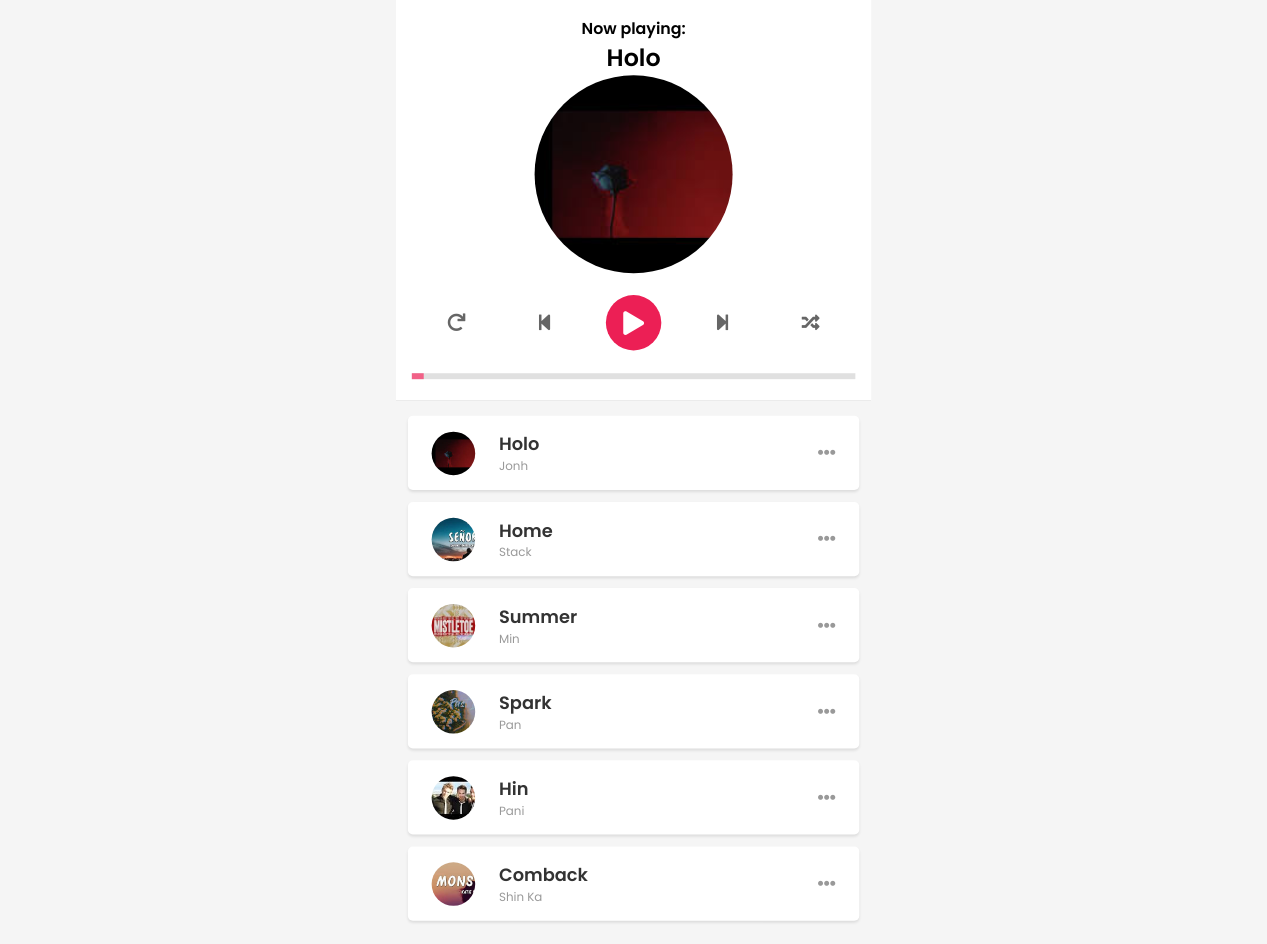
Repository: MinhNhatIT2901/Mp3-clon
Page: index.html
The author's editor kept a copy of each file at every save. The page is drawn from the files as they stood at one save, then again after the next save.
The browser window is 1280 px wide. The pictures show the whole page, at 99% of full size.

Above is the page before, as saved 2022-01-01 23:15:27.

### index.html
<!DOCTYPE html>
<html lang="en">
<head>
    <meta charset="UTF-8">
    <meta http-equiv="X-UA-Compatible" content="IE=edge">
    <meta name="viewport" content="width=device-width, initial-scale=1.0">
    <title>Document</title>
    <link rel="stylesheet" href="./asset/css/app.css">
    <link rel="stylesheet" href="https://cdnjs.cloudflare.com/ajax/libs/font-awesome/5.15.2/css/all.min.css" integrity="sha512-HK5fgLBL+xu6dm/Ii3z4xhlSUyZgTT9tuc/hSrtw6uzJOvgRr2a9jyxxT1ely+B+xFAmJKVSTbpM/CuL7qxO8w==" crossorigin="anonymous" />
    <link rel="preconnect" href="https://fonts.gstatic.com">
    <link href="https://fonts.googleapis.com/css2?family=Poppins:wght@300;400;600&display=swap" rel="stylesheet">
</head>
<body>
    <div class="player">
        <div class="dashboard">
            <div class="header" style="text-align: center">
                <h4>Now playing:</h4>
                <h2 class="header-name">String 57th & 9th</h2>
            </div>

            <div class="cd">
                <div class="cd-thumb" style="background-image: url('https://i.ytimg.com/vi/jTLhQf5KJSc/maxresdefault.jpg')">
                </div>
            </div>

            <div class="control">
                <div class="btn btn-repeat">
                    <i class="fas fa-redo"></i>
                </div>
                <div class="btn btn-prev">
                    <i class="fas fa-step-backward"></i>
                </div>
                <div class="btn btn-toggle-play">
                    <i class="fas fa-pause icon-pause"></i>
                    <i class="fas fa-play icon-play"></i>
                </div>
                <div class="btn btn-next">
                    <i class="fas fa-step-forward"></i>
                </div>
                <div class="btn btn-random">
                    <i class="fas fa-random"></i>
                </div>
            </div>

            <input id="progress" class="progress" type="range" value="0" step="1" min="0" max="100">
            <audio id="audio" src=""></audio>
        </div>

        <div class="playlist">
        </div>
    </div>
</body>
    <script src="./asset/css/app.js"></script>
</html>

### asset/css/app.css
:root {
  --primary-color: #ec1f55;
  --text-color: #333;
}

* {
  padding: 0;
  margin: 0;
  box-sizing: inherit;
}

body {
  background-color: #f5f5f5;
}

html {
  box-sizing: border-box;
  font-family: "Poppins", sans-serif;
}

.player {
  position: relative;
  max-width: 480px;
  margin: 0 auto;
}

.player .icon-pause {
  display: none;
}

.player.playing .icon-pause {
  display: inline-block;
}

.player.playing .icon-play {
  display: none;
}

.dashboard {
  padding: 16px 16px 14px;
  background-color: #fff;
  position: fixed;
  top: 0;
  width: 100%;
  max-width: 480px;
  border-bottom: 1px solid #ebebeb;
}

/* HEADER */
header {
  text-align: center;
  margin-bottom: 10px;
}

header h4 {
  color: var(--primary-color);
  font-size: 12px;
}

header h2 {
  color: var(--text-color);
  font-size: 20px;
}

/* CD */
.cd {
  display: flex;
  margin: auto;
  width: 200px;
}

.cd-thumb {
  width: 100%;
  padding-top: 100%;
  border-radius: 50%;
  background-color: #333;
  background-size: cover;
  margin: auto;
}

/* CONTROL */
.control {
  display: flex;
  align-items: center;
  justify-content: space-around;
  padding: 18px 0 8px 0;
}

.control .btn {
  color: #666;
  padding: 18px;
  font-size: 18px;
}

.control .btn.active {
  color: var(--primary-color);
}

.control .btn-toggle-play {
  width: 56px;
  height: 56px;
  border-radius: 50%;
  font-size: 24px;
  color: #fff;
  display: flex;
  align-items: center;
  justify-content: center;
  background-color: var(--primary-color);
}

.progress {
  width: 100%;
  -webkit-appearance: none;
  height: 6px;
  background: #d3d3d3;
  outline: none;
  opacity: 0.7;
  -webkit-transition: 0.2s;
  transition: opacity 0.2s;
}

.progress::-webkit-slider-thumb {
  -webkit-appearance: none;
  appearance: none;
  width: 12px;
  height: 6px;
  background-color: var(--primary-color);
  cursor: pointer;
}

/* PLAYLIST */
.playlist {
  margin-top: 408px;
  padding: 12px;
}

.song {
  display: flex;
  align-items: center;
  margin-bottom: 12px;
  background-color: #fff;
  padding: 8px 16px;
  border-radius: 5px;
  box-shadow: 0 2px 3px rgba(0, 0, 0, 0.1);
}

.song.active {
  background-color: var(--primary-color);
}

.song:active {
  opacity: 0.8;
}

.song.active .option,
.song.active .author,
.song.active .title {
  color: #fff;
}

.song .thumb {
  width: 44px;
  height: 44px;
  border-radius: 50%;
  background-size: cover;
  margin: 0 8px;
}

.song .body {
  flex: 1;
  padding: 0 16px;
}

.song .title {
  font-size: 18px;
  color: var(--text-color);
}

.song .author {
  font-size: 12px;
  color: #999;
}

.song .option {
  padding: 16px 8px;
  color: #999;
  font-size: 18px;
}

### asset/css/app.js
const $ = document.querySelector.bind(document);
const $$ = document.querySelectorAll.bind(document);

const cd = $('.cd');
const heading = $('.header-name');
const cdThumb = $('.cd-thumb');
const audio = $('#audio');
const playBtn = $('.btn-toggle-play');
const player = $('.player');
const progress = $('#progress');

const app = {
    currentIndex: 0,
    isPlaying: false,
    songs: [
        {
            name: 'Holo',
            singer: 'Jonh',
            path: './asset/music/holo.mp3',
            image: './asset/img/img1.jpg'
        },
        {
            name: 'Home',
            singer: 'Stack',
            path: './asset/music/home.mp3',
            image: './asset/img/img2.jpg'
        },
        {
            name: 'Summer',
            singer: 'Min',
            path: './asser/music/mp3_music_summer.mp3',
            image: './asset/img/img3.jpg'
        },
        {
            name: 'Spark',
            singer: 'Pan',
            path: './asset/music/spark.mp3',
            image: './asset/img/img4.jpg'
        },
        {
            name: 'Hin',
            singer: 'Pani',
            path: './asset/music/home.mp',
            image: './asset/img/img5.jpg'
        },
        {
            name: 'Comback',
            singer: 'Shin Ka',
            path: './asset/music/spark.mp3',
            image: './asset/img/img6.jpg'
        },
    ],
    render: function() {
        const htmls = this.songs.map(song => {
            return `
            <div class="song">
                <div class="thumb"
                    style="background-image: url('${song.image}')">
                </div>
                <div class="body">
                    <h3 class="title">${song.name}</h3>
                    <p class="author">${song.singer}</p>
                </div>
                <div class="option">
                    <i class="fas fa-ellipsis-h"></i>
                </div>
            </div>
            `
        })
        $('.playlist').innerHTML = htmls.join('');
    },
    defineProperties: function() {
        Object.defineProperty(this, 'currentSong', {
            get: function() {
                return this.songs[this.currentIndex]
            }
        })
    },
    handleEvents: function() {
        const _this = this

        // Xu ly phong to hoac thu nho CD
        const cdWidth = cd.offsetWidth;
        document.onscroll = function() {
            const scrollTop = window.scrollY || document.documentElement.scrollTop;
            const newCdWidth = cdWidth - scrollTop;

            cd.style.width = newCdWidth > 0 ? newCdWidth + 'px' : 0;
            cd.style.opacity = newCdWidth / cdWidth;
        }

        // Xu ly khi click play
        playBtn.onclick = function() {
            if(_this.isPlaying) {
                audio.pause()
            }else {
                audio.play()
            }
        }

        // Khi song duoc play
        audio.onplay = function() {
            _this.isPlaying = true
            player.classList.add('playing')
        }

        // Khi song bi pause
        audio.onpause = function() {
            _this.isPlaying = false
            player.classList.remove('playing')
        }

        // Bắt tiến độ bài hát
        audio.ontimeupdate = function() {
            if(audio.duration) {
                const progressPercent = Math.floor(audio.currentTime / audio.duration * 100)
                progress.value = progressPercent
            }
        }

        // Xu ly khi tua
        progress.onchange = function(e) {
            const seekTime =  audio.duration / 100 * e.target.value
            audio.currentTime = seekTime
        }

    },
    loadCurrentSong: function() {
        heading.textContent = this.currentSong.name;
        cdThumb.style.backgroundImage = `url('${this.currentSong.image}')`;
        audio.src = this.currentSong.path;
    },
    start: function() {
        // Định nghĩa các thuộc tính cho object
        this.defineProperties();

        // Lắng nghe / xử lý các sự kiện (DOM event)
        this.handleEvents();

        // Load thong tin bai hat dau tien vao` UI
        this.loadCurrentSong();

        // Render playlist
        this.render();
    }
}

app.start();

After the next save:
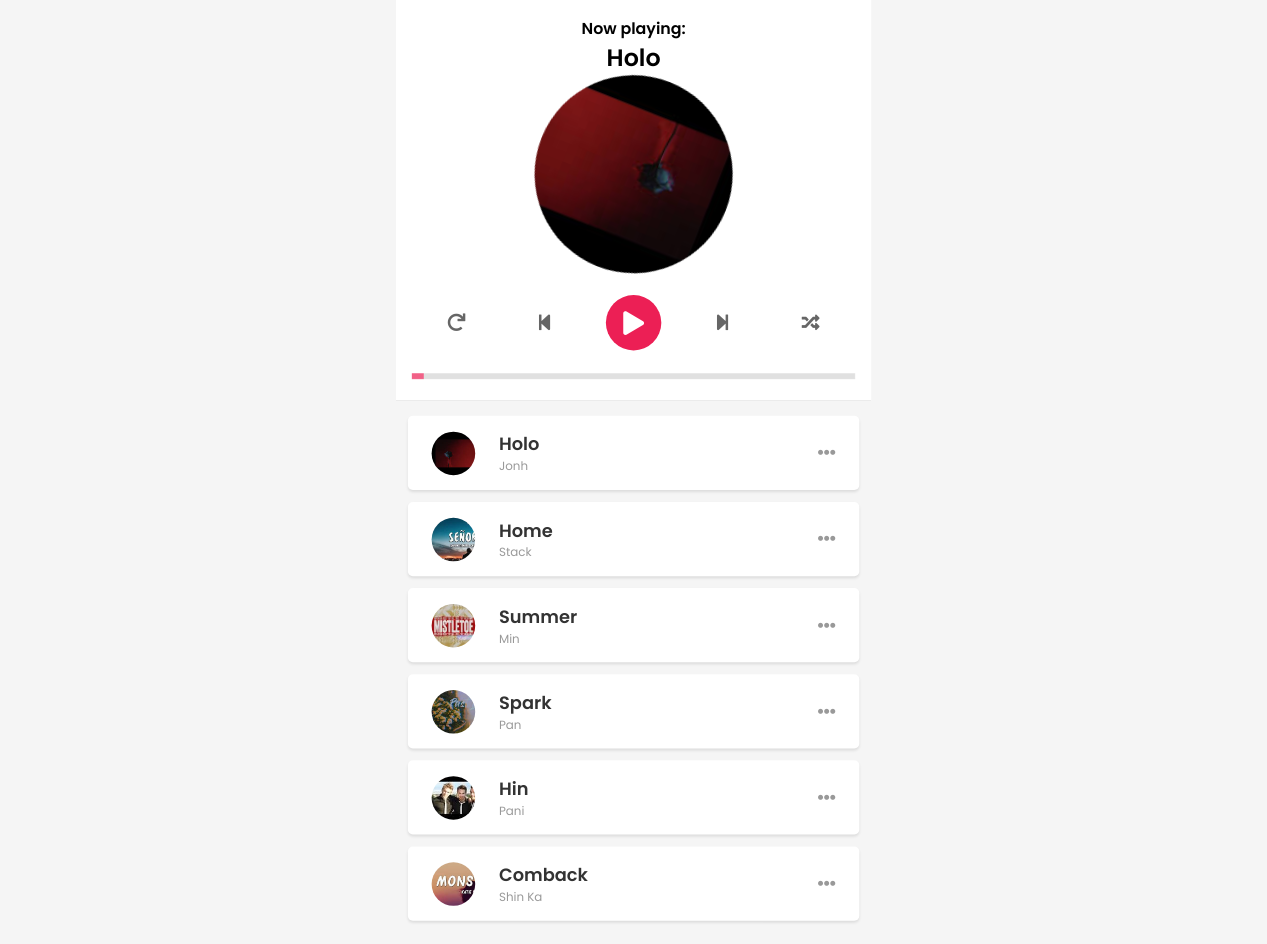
Saved 32 min 6 s later.
--- a/asset/css/app.js
+++ b/asset/css/app.js
@@ -124,6 +124,14 @@
             audio.currentTime = seekTime
         }
 
+        // Xử lý CD quay / dừng
+        const cdThumbAnimate = cdThumb.animate([
+            { transform: 'rotate(360deg)'}
+        ], {
+            duration: 10000, // 10 seconds
+            iterations: Infinity
+        })
+        cdThumbAnimate.pause
     },
     loadCurrentSong: function() {
         heading.textContent = this.currentSong.name;

After the save that followed:
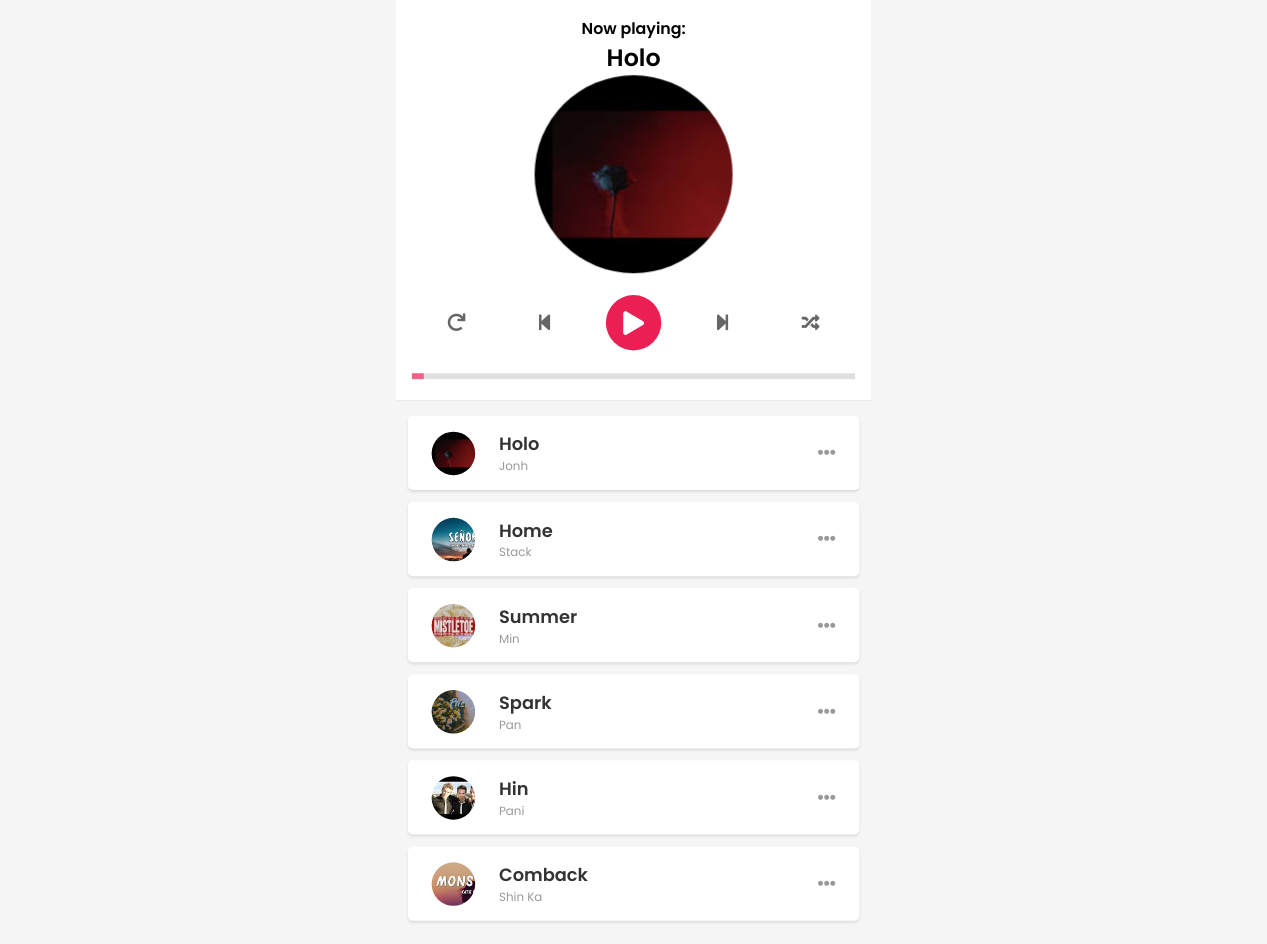
Saved 5 s later.
--- a/asset/css/app.js
+++ b/asset/css/app.js
@@ -131,7 +131,7 @@
             duration: 10000, // 10 seconds
             iterations: Infinity
         })
-        cdThumbAnimate.pause
+        cdThumbAnimate.pause()
     },
     loadCurrentSong: function() {
         heading.textContent = this.currentSong.name;
